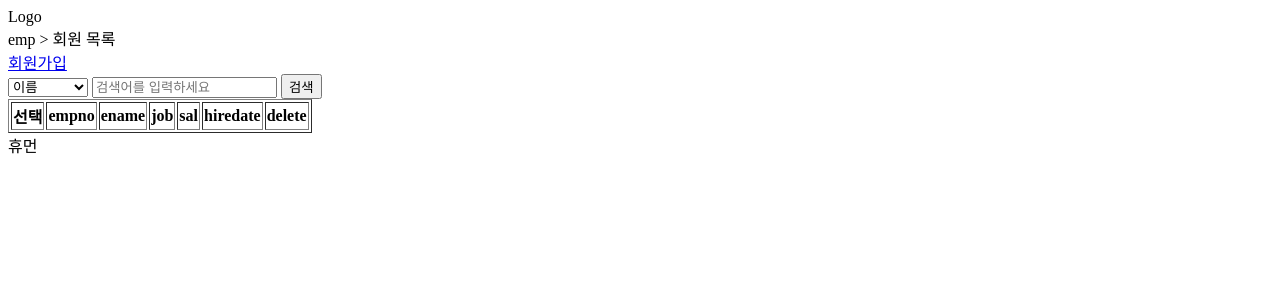
Repository: polikiki/Connor-s-team-projectt
Page: http://localhost/proj6_myBatis/emp0
An editor plug-in stored every save of this project. The page is shown before and after the next save, followed by the edit.
The browser window is 1280 px wide. The pictures show the whole page.
The page is served by Tomcat 9. Queries for data that is not in the repository find no rows.

Above is the page before, as saved 2024-09-20 05:14:43.

After the next save:
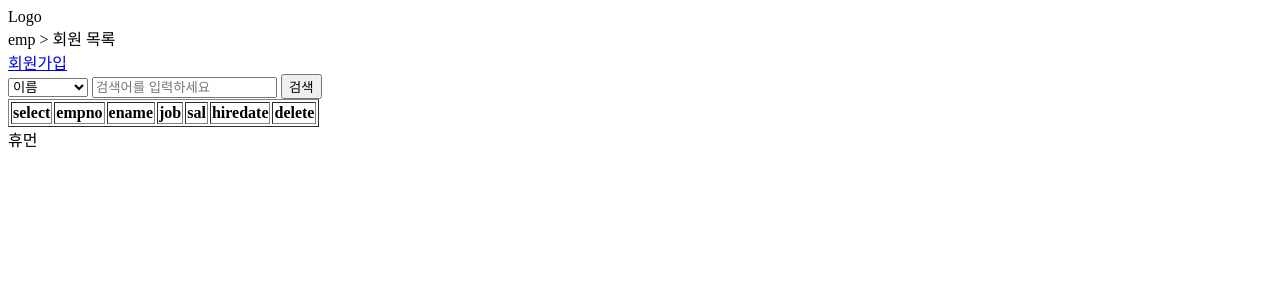
Saved 5 s later.
--- a/workspace_java/proj6_myBatis/src/main/webapp/WEB-INF/views/emp.jsp
+++ b/workspace_java/proj6_myBatis/src/main/webapp/WEB-INF/views/emp.jsp
@@ -33,7 +33,7 @@
 				<caption style = "display:none;">회원 목록 표시 : display:none으로 감춰놓자</caption>
 				<thead>
 					<tr>
-						<th>선택</th>
+						<th>select</th>
 						<th>empno</th>
 						<th>ename</th>
 						<th>job</th>
